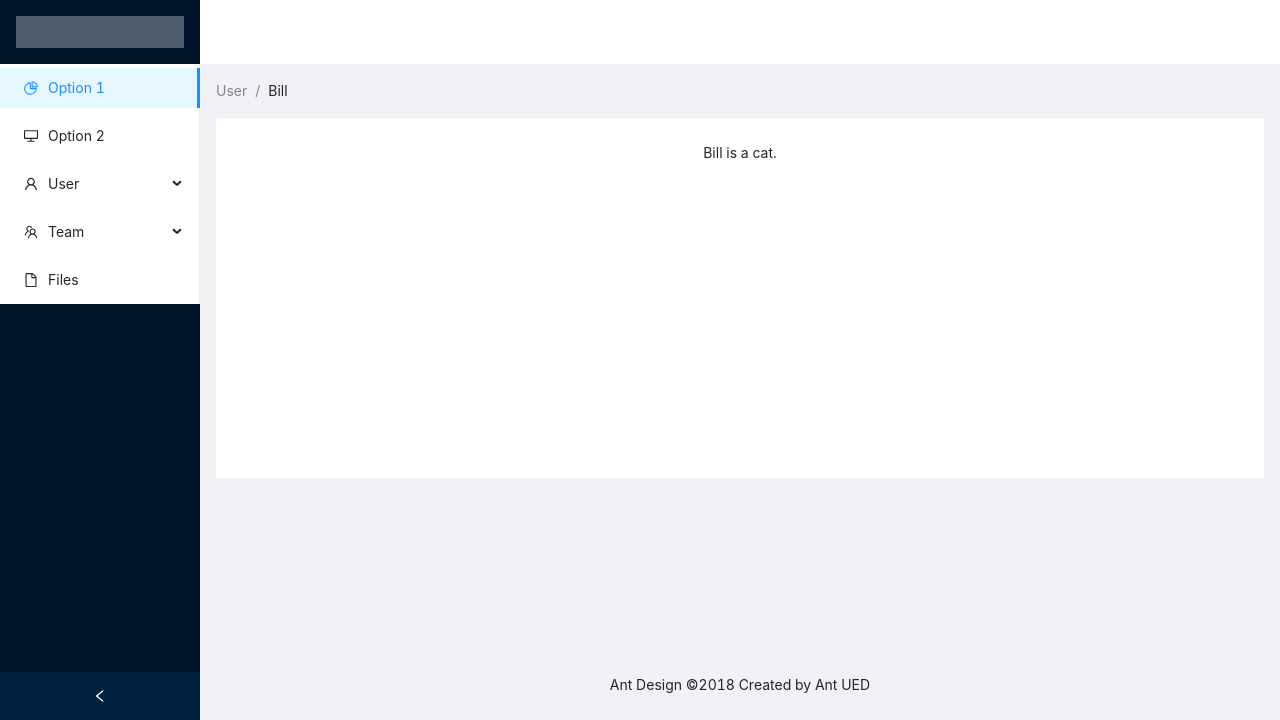
Repository: xstnet/starfire-cloud-fe
Page: /
An editor plug-in stored every save of this project. The page is shown before and after the next save, followed by the edit.
The browser window is 1280 px wide. The pictures show the whole page.
The project was rebuilt for these pictures with package versions that can differ from the ones it lists, and the page was loaded fresh each time.

Above is the page before, as saved 2021-09-12 16:15:29.

After the next save:
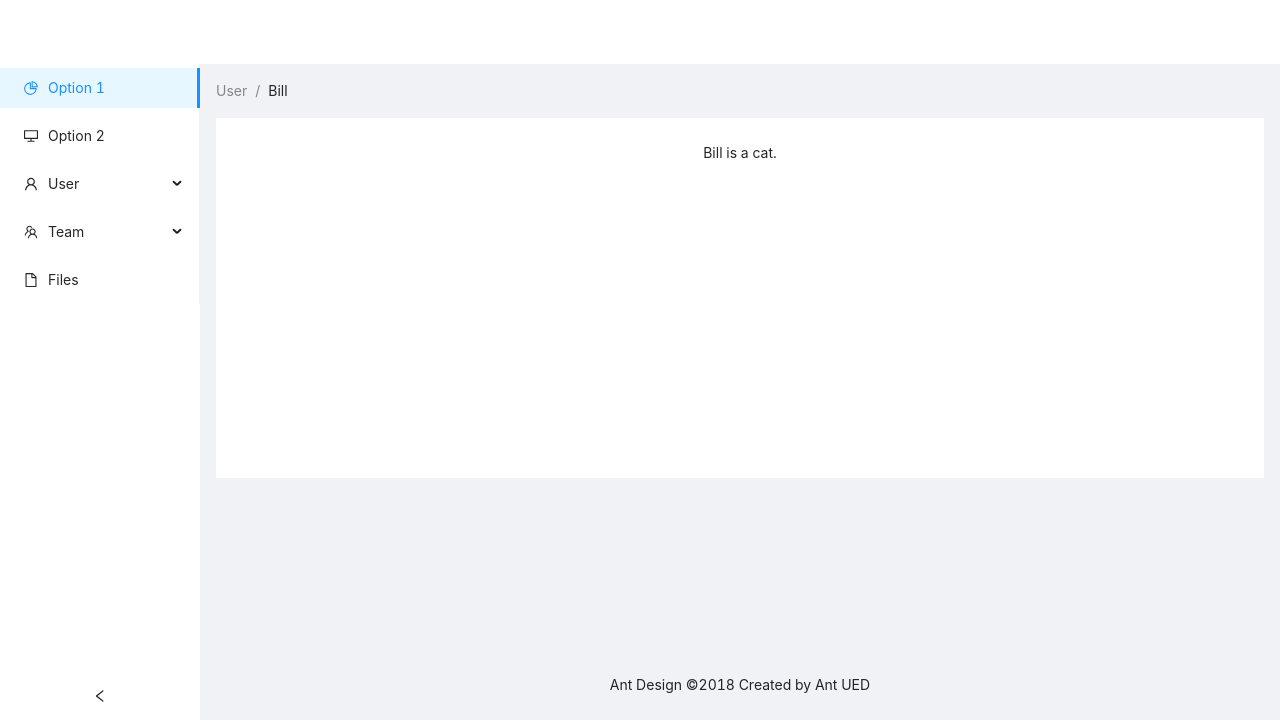
Saved 10 s later.
--- a/src/page/layout/main.jsx
+++ b/src/page/layout/main.jsx
@@ -26,7 +26,7 @@ class MainLayout extends React.Component {
     const { collapsed } = this.state;
     return (
       <Layout style={{ minHeight: '100vh' }}>
-        <Sider collapsible collapsed={collapsed} onCollapse={this.onCollapse}>
+        <Sider theme="light" collapsible collapsed={collapsed} onCollapse={this.onCollapse}>
           <div className="logo" />
           <Menu defaultSelectedKeys={['1']} mode="inline">
             <Menu.Item key="1" icon={<PieChartOutlined />}>
